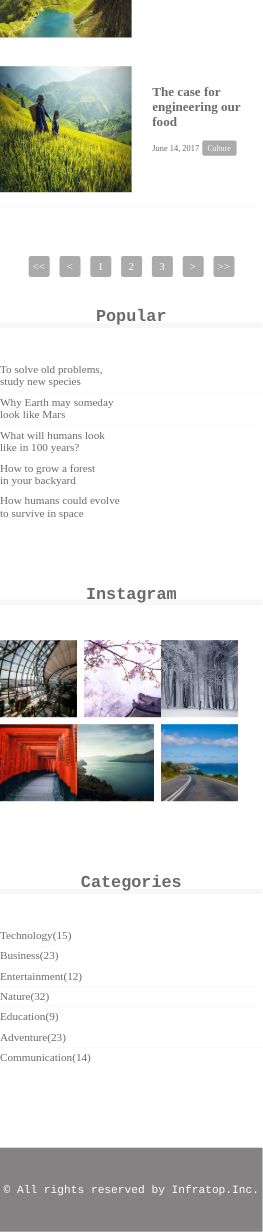
Repository: momopomi/htmlcss
Page: caravan/index.html
The author's editor kept a record of every edit. The page is drawn from the files as they stood at one moment, then again after the next edit.
The browser window is 375 px wide. The pictures show the part of the page from y = 1391 to 3631 px (the page is 3151 px tall before and 3631 px after), at 70% of full size.
Some web libraries are served in a nearby version.

Above is the page before.

After the next edit:
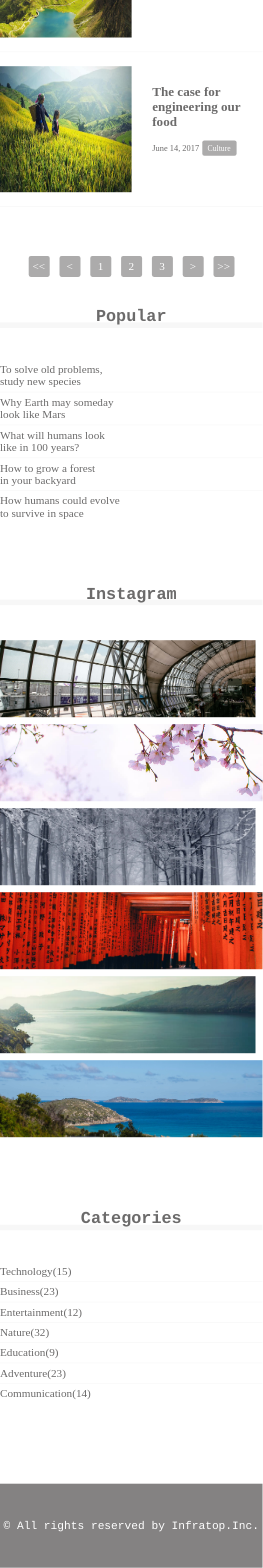
The edit:
--- a/caravan/style.css
+++ b/caravan/style.css
@@ -267,31 +267,8 @@
     padding-top: 50px;
   }
 
-  .sidebar-contents {
-    padding: 50px 0;
-  }
-
-  .popular-text,
-  .categories-text {
-    padding-bottom: 5px;
-    border-bottom: 1px solid #f7f7f7;
-    margin-bottom: 5px;
-  }
-
-  .popular-text:last-child,
-  .categories-text:last-child {
-    margin: 0;
-    padding: 0;
-    border: none;
-  }
-
-  .instagram .sidebar-contents {
-    display: flex;
-    flex-wrap: wrap;
-  }
-
   .instagram-box {
-    width: 110px;
+    width: 100%;
     padding-top: 110px;
     background-size: cover;
     background-position: center;
